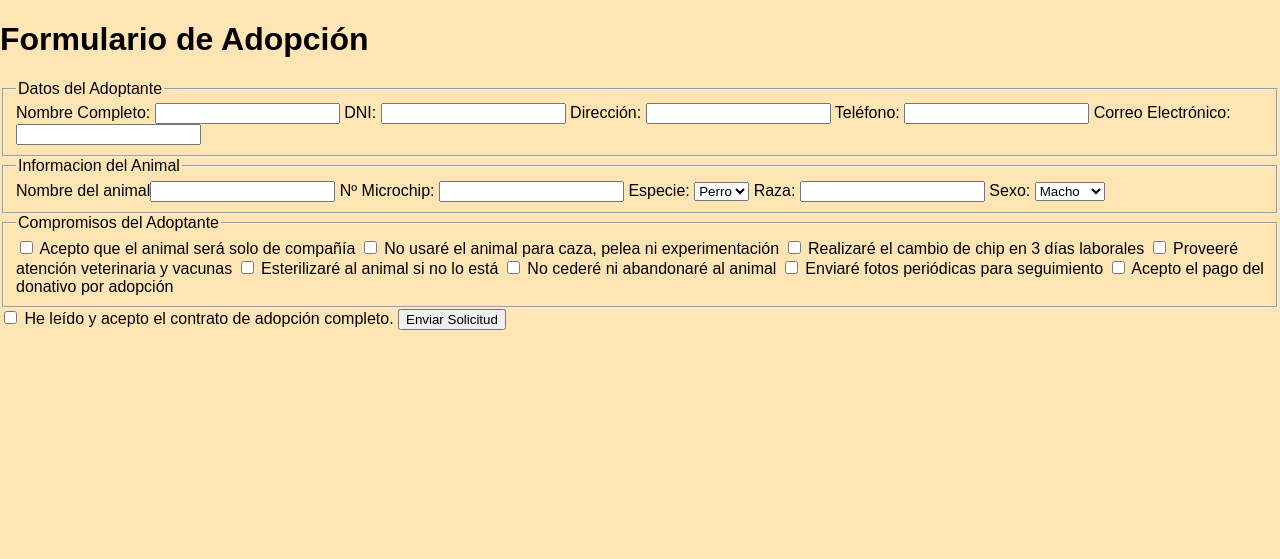
Repository: adriarodrisan/PetLover
Page: Paginas_web/contrato_adopcion.html
The author's editor kept a copy of each file at every save. The page is drawn from the files as they stood at one save, then again after the next save.
The browser window is 1280 px wide. The pictures show the whole page.

Above is the page before, as saved 2025-04-01 10:48:58.

After the next save:
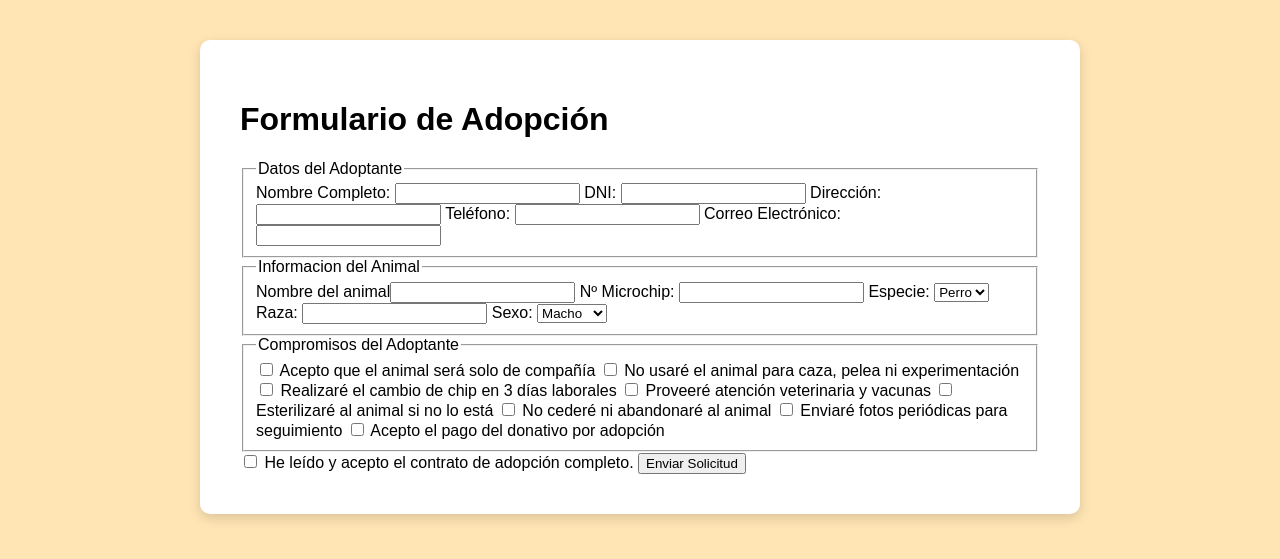
Saved 61 s later.
--- a/Css_Paginas/contrato_adopcion.css
+++ b/Css_Paginas/contrato_adopcion.css
@@ -8,3 +8,22 @@
     align-items: flex-start;
     min-height: 100vh;
   }
+  .Formulario-adopcion {
+    background-color: white;
+    padding: 40px;
+    margin: 40px 20px;
+    border-radius: 10px;
+    max-width: 800px;
+    width: 100%;
+    box-shadow: 0 4px 12px rgba(0, 0, 0, 0.15);
+  }
+body {
+    font-family: 'Arial', sans-serif;
+    background-color: #ffe5b4;
+    margin: 0;
+    padding: 0;
+    display: flex;
+    justify-content: center;
+    align-items: flex-start;
+    min-height: 100vh;
+  }
